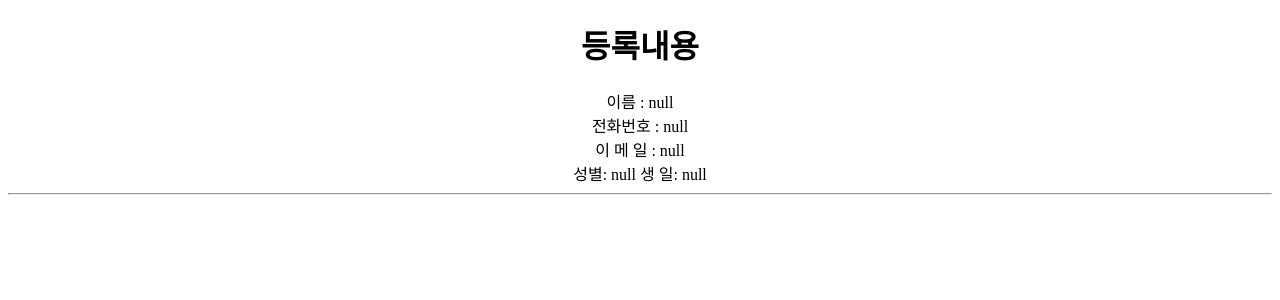
Repository: jpg723/Assignment
Page: http://localhost/LAB11/LAB11_2/register.jsp
An editor plug-in stored every save of this project. The page is shown before and after the next save, followed by the edit.
The browser window is 1280 px wide. The pictures show the whole page.
The page is served by Tomcat 9. Other server files are loaded and not shown.

Above is the page before, as saved 2021-11-28 12:12:13.

### 웹프로그래밍/LAB11/src/main/webapp/LAB11_2/register.jsp
<%@ page language="java" contentType="text/html; charset=UTF-8"
    pageEncoding="UTF-8"%>
<%request.setCharacterEncoding("utf-8"); %>
<jsp:useBean id="bean" class="labhw11.LoginBean" />
<jsp:setProperty property="*" name="bean"/>
<!DOCTYPE html PUBLIC "-//W3C//DTD HTML 4.01 Transitional//EN" "http://www.w3.org/TR/html4/loose.dtd">
<html>
<head>
<meta http-equiv="Content-Type" content="text/html; charset=UTF-8">
<title>LAB11_2</title>
</head>
<body>
<div align=center>
	<h1>등록내용</h1>
	이름 : <jsp:getProperty property="id" name="bean"/><br>
	전화번호 : <jsp:getProperty property="pw" name="bean"/><br>
	이 메 일 : <jsp:getProperty property="email" name="bean"/><br>
	성별: <%=bean.getGender() %>
	생 일: <%=bean.getBirth() %>
	<hr>
</div>
</body>
</html>

### 웹프로그래밍/LAB11/src/main/java/labhw11/LoginBean.java
package labhw11;

public class LoginBean {
	// 프로퍼티
	private String id;
	private String pw;
	private String gender;
	private String email;
	private String birth;

	//getter / setter 메서드
	public String getId() {
		return id;
	}

	public void setId(String id) {
		this.id = id;
	}

	public String getPw() {
		return pw;
	}

	public void setPw(String pw) {
		this.pw = pw;
	}

	public String getGender() {
		return gender;
	}

	public void setGender(String gender) {
		this.gender = gender;
	}

	public String getEmail() {
		return email;
	}

	public void setEmail(String email) {
		this.email = email;
	}

	public String getBirth() {
		return birth;
	}

	public void setBirth(String birth) {
		this.birth = birth;
	}


	public boolean isGrownUp() {

		String[] dArray = birth.split("-");
		int num1 = 0, num2 = 0, age;

		for(int i = 0;i < dArray.length;i++) {

			System.out.println(dArray[i]);

			if(i == 2) {
				num1 = Integer.parseInt(dArray[i]);
				num1 = num1 * 10;
			}

			else if(i == 3) {
				num2 = Integer.parseInt(dArray[i]);
			}
		}

		age = num1 + num2;

		if(age >= 20)
			return true;
		else
			return false;

	}
}

After the next save:
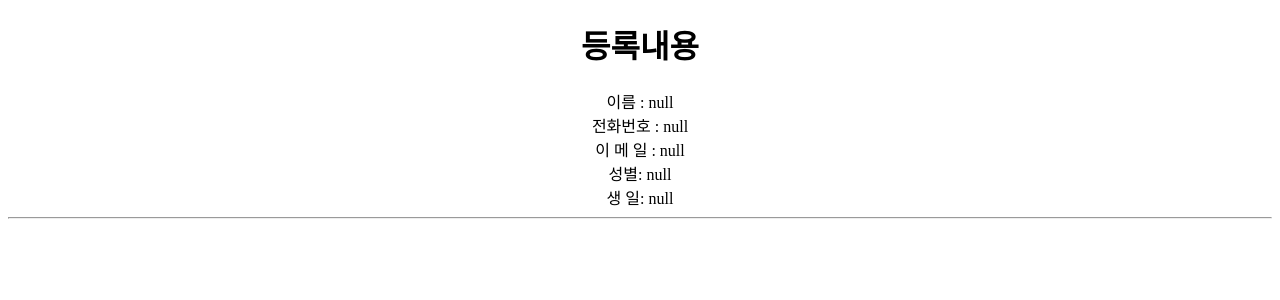
Saved 3 s later.
--- a/웹프로그래밍/LAB11/src/main/webapp/LAB11_2/register.jsp
+++ b/웹프로그래밍/LAB11/src/main/webapp/LAB11_2/register.jsp
@@ -15,8 +15,8 @@
 	이름 : <jsp:getProperty property="id" name="bean"/><br>
 	전화번호 : <jsp:getProperty property="pw" name="bean"/><br>
 	이 메 일 : <jsp:getProperty property="email" name="bean"/><br>
-	성별: <%=bean.getGender() %>
-	생 일: <%=bean.getBirth() %>
+	성별: <%=bean.getGender() %><br>
+	생 일: <jsp:getProperty property="birth" name="bean"/><br>
 	<hr>
 </div>
 </body>
